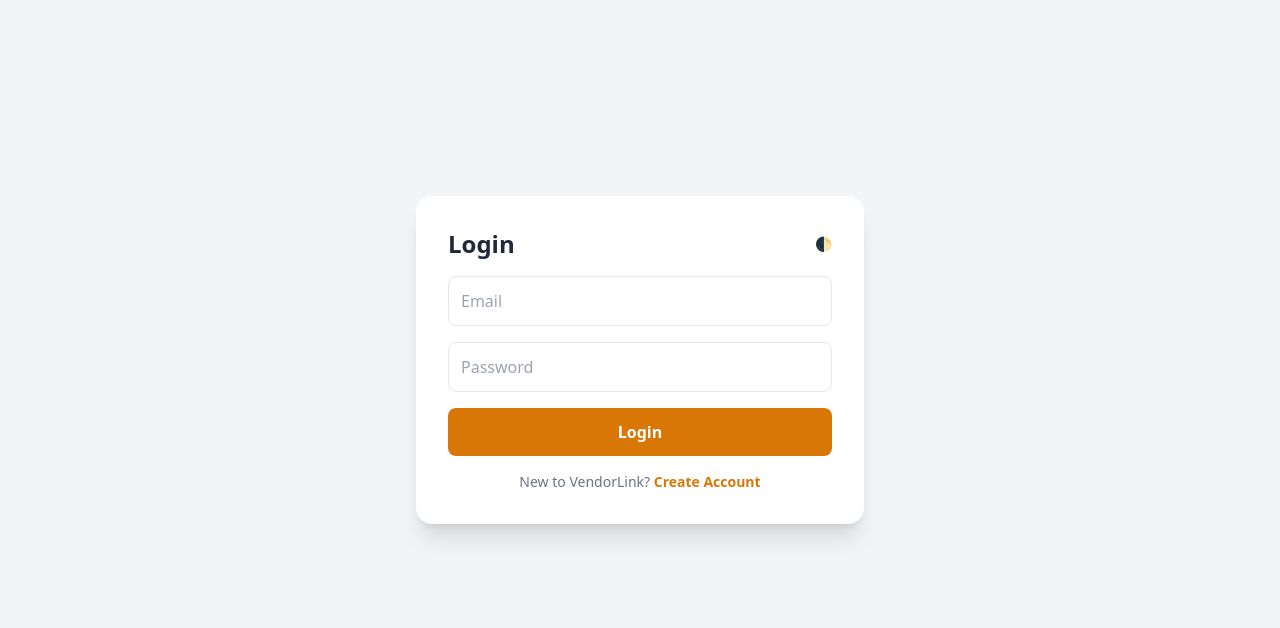
Repository: Omkar0746/VendorLink_Hackathon
Page: VendorLink_Project-main/frontend/login.html
The author's editor kept a copy of each file at every save. The page is drawn from the files as they stood at one save, then again after the next save.
The browser window is 1280 px wide. The pictures show the whole page.
Some web libraries are served in a nearby version.

Above is the page before, as saved 2025-11-27 16:25:15.

After the next save:
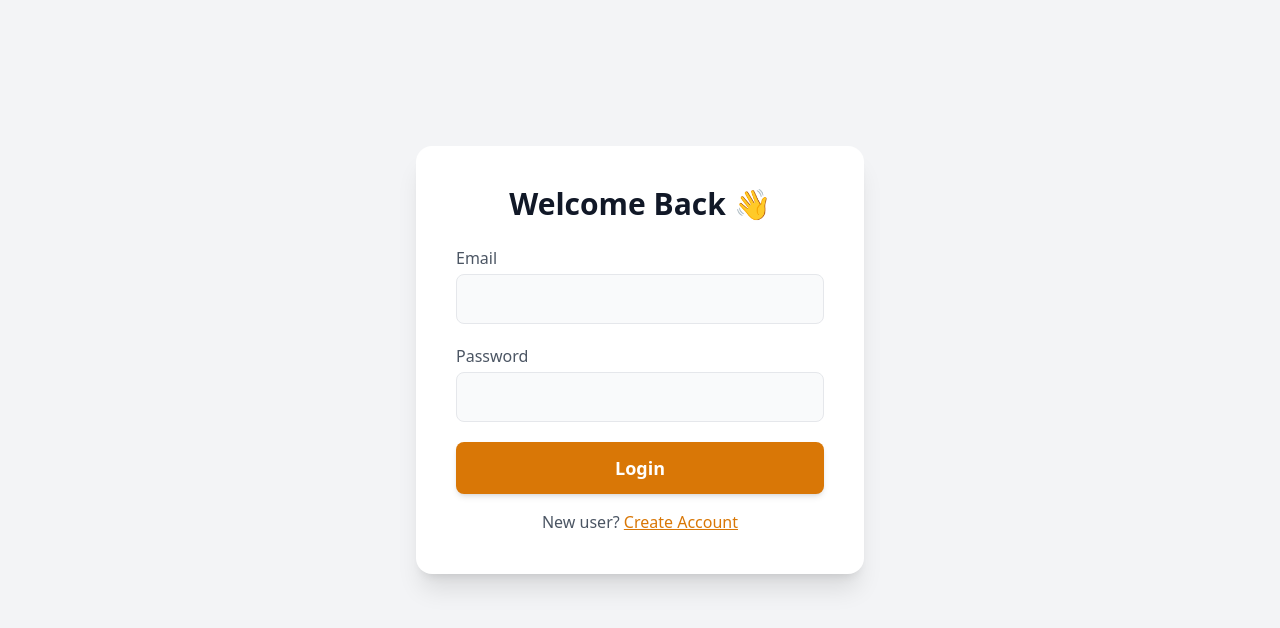
Saved 40 s later.
--- a/VendorLink_Project-main/frontend/login.html
+++ b/VendorLink_Project-main/frontend/login.html
@@ -2,36 +2,41 @@
 <html lang="en" class="bg-gray-100 dark:bg-gray-900">
 <head>
   <meta charset="UTF-8">
-  <title>VendorLink • Login</title>
   <script src="https://cdn.tailwindcss.com"></script>
-  <script>tailwind.config = { darkMode: 'class' }</script>
+  <script>tailwind.config = { darkMode: "class" }</script>
+  <title>Login • VendorLink</title>
 </head>
-<body class="min-h-screen flex items-center justify-center">
 
-  <div class="bg-white dark:bg-gray-800 rounded-2xl shadow-xl p-8 w-full max-w-md">
-    <div class="flex justify-between items-center mb-4">
-      <h2 class="text-2xl font-bold text-gray-800 dark:text-gray-100">Login</h2>
-      <button id="themeToggle" class="text-sm text-gray-500 dark:text-gray-300">🌓</button>
-    </div>
+<body class="flex items-center justify-center min-h-screen">
 
-    <form id="loginForm" class="space-y-4">
-      <input id="email" type="email" placeholder="Email"
-             class="w-full p-3 rounded-lg border dark:border-gray-700 dark:bg-gray-900 dark:text-gray-100" required>
-      <input id="password" type="password" placeholder="Password"
-             class="w-full p-3 rounded-lg border dark:border-gray-700 dark:bg-gray-900 dark:text-gray-100" required>
+<div class="bg-white dark:bg-gray-800 shadow-xl rounded-2xl p-10 w-full max-w-md">
+    <h1 class="text-3xl font-bold text-center text-gray-900 dark:text-gray-100 mb-6">
+      Welcome Back 👋
+    </h1>
 
-      <button type="submit"
-              class="w-full bg-amber-600 hover:bg-amber-700 text-white py-3 rounded-lg font-semibold">
-        Login
-      </button>
+    <form id="loginForm" class="space-y-5">
+        <div>
+            <label class="text-gray-600 dark:text-gray-300">Email</label>
+            <input id="email" type="email"
+                   class="w-full mt-1 p-3 rounded-lg border dark:border-gray-700 bg-gray-50 dark:bg-gray-900 dark:text-gray-100 focus:ring-2 focus:ring-amber-500" required>
+        </div>
+
+        <div>
+            <label class="text-gray-600 dark:text-gray-300">Password</label>
+            <input id="password" type="password"
+                   class="w-full mt-1 p-3 rounded-lg border dark:border-gray-700 bg-gray-50 dark:bg-gray-900 dark:text-gray-100 focus:ring-2 focus:ring-amber-500" required>
+        </div>
+
+        <button class="w-full bg-amber-600 hover:bg-amber-700 text-white py-3 rounded-lg text-lg font-semibold shadow-md">
+            Login
+        </button>
     </form>
 
-    <p class="text-center text-sm text-gray-500 dark:text-gray-400 mt-4">
-      New to VendorLink?
-      <a href="signup.html" class="text-amber-600 dark:text-amber-400 font-semibold">Create Account</a>
+    <p class="text-center mt-4 text-gray-600 dark:text-gray-300">
+        New user? <a href="signup.html" class="text-amber-600 dark:text-amber-400 underline">Create Account</a>
     </p>
-  </div>
+</div>
 
-  <script type="module" src="assets/js/login.js"></script>
+<script type="module" src="assets/js/login.js"></script>
 </body>
 </html>
